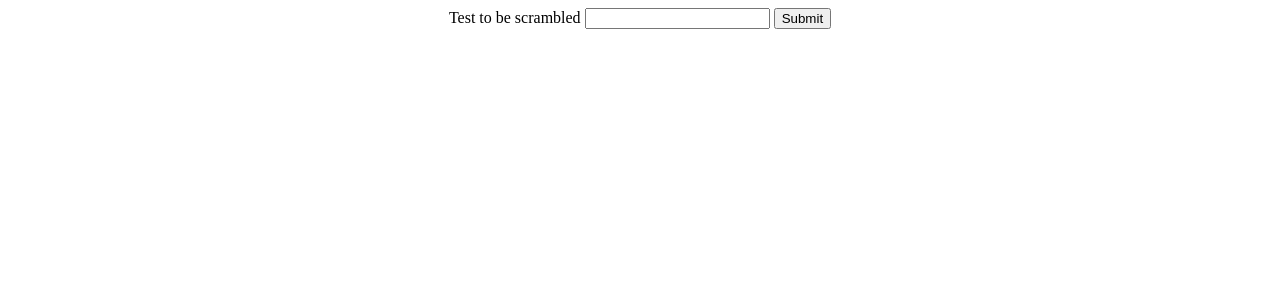
Repository: jedeyejed00/TheGameShaq
Page: HomeWork4/quote.html
The author's editor kept a record of every edit. The page is drawn from the files as they stood at one moment, then again after the next edit.
The browser window is 1280 px wide. The pictures show the whole page.

Above is the page before.

After the next edit:
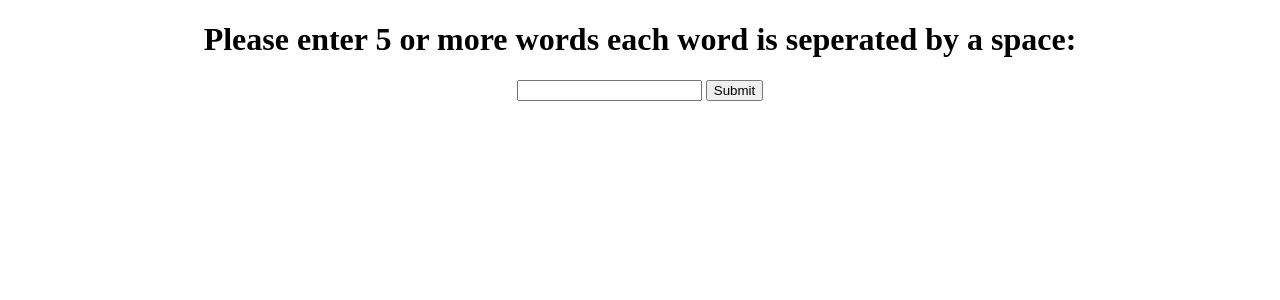
The edit:
--- a/HomeWork4/quote.html
+++ b/HomeWork4/quote.html
@@ -4,7 +4,8 @@
     </head>
     <body><Center>
                 <form action="quote_process.php" method="POST">
-                <label for "text">Test to be scrambled</label>
+                <h1><label for "text">Please enter 5 or more words
+                    each word is seperated by a space:</label></h1>
                 <input type = "text" id ="text" name ="text">
                     <button>Submit</button>
                     </form>
